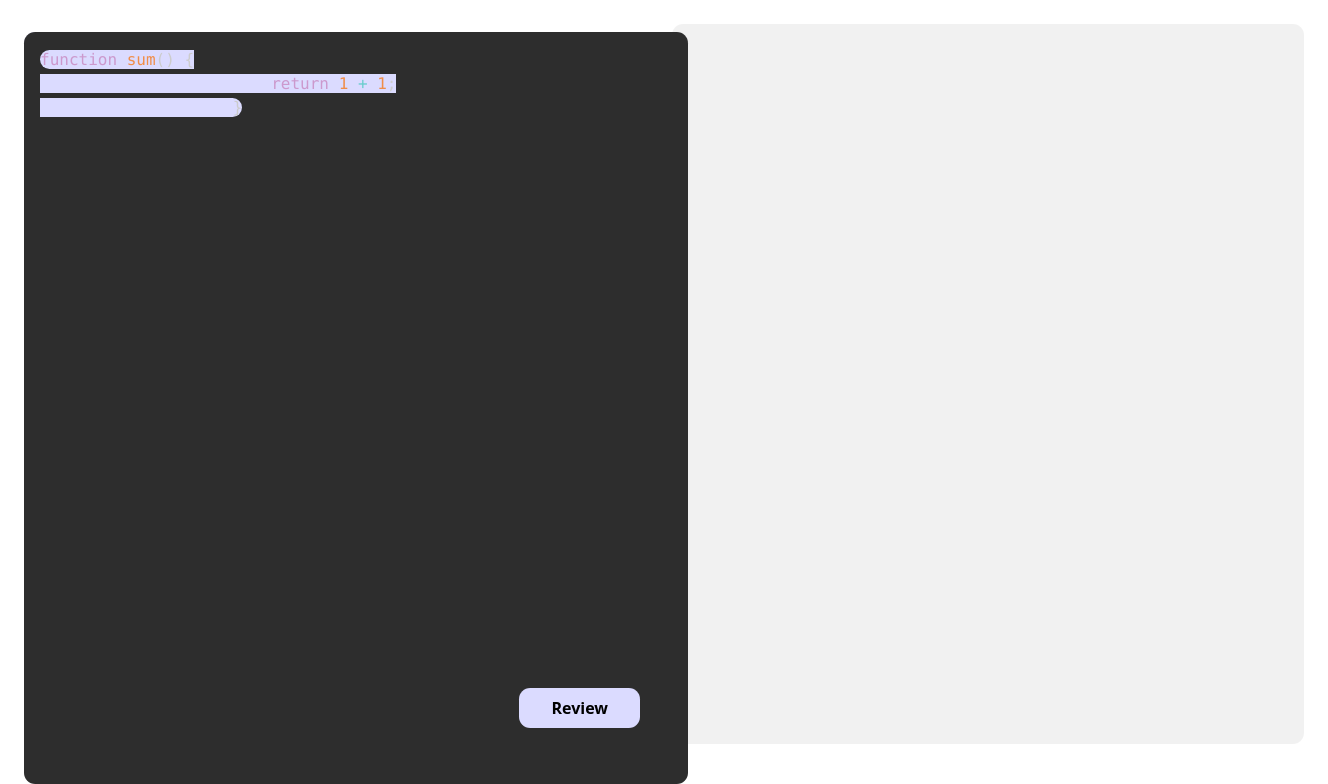
Repository: swarnabha-dutta/ai-code-reviewer
Page: / (app in frontend/)
The author's editor kept a copy of each file at every save. The page is drawn from the files as they stood at one save, then again after the next save.
The browser window is 1280 px wide. The page is 1328 px wide, so the pictures cover 1328 px, including what lies to the right of the window. The pictures show the whole page.
The project was rebuilt for these pictures with package versions that can differ from the ones it lists, and the page was loaded fresh each time. Also part of the build but not shown: frontend/vite.config.js.

Above is the page before, as saved 2025-06-07 08:56:44.

### frontend/src/App.jsx
import { useEffect ,useState} from 'react';
import './App.css'
import "prismjs/themes/prism-tomorrow.css";
import prism from "prismjs";
import './App.css'

function App() {
  const [count, setCount] = useState(0);

 useEffect(() => {
   prism.highlightAll();
 })

  return (
    <>
      <main>
        <div className="left">
          <div className="code">
            <pre>
              <code className="language-javascript">
                    {`function sum() {
                        return 1 + 1;
                    }`}
              </code>
            </pre>
          </div>
          <div className="review">Review</div>
        </div>
        <div className="right"></div>
     </main>
    </>
  )
}





export default App

### frontend/src/App.css
* {
  margin: 0%;
  padding: 0%;
  box-sizing: border-boc;
}

html,
body,
#root {
  height: 100%;
  width: 100%;
}

main {
  height: 100%;
  width: 100%;
  padding: 1.5rem;
  display: flex;
  gap: 1rem;
}

main .left,
main .right {
  height: 100%;
  flex-basis: 50%;
  border-radius: 0.7rem;
}

main .left {
  background-color: #fff;
  position: relative;
}

.left .code,
.code pre,
.code pre code {
  height: 100%;
  width: 100%;
  margin: 0;
  border-radius: 0.7rem;
  background-color: rgb(219, 219, 255);
}
main .left .review {
  position: absolute;
  bottom: 1rem;
  right: 1rem;
  background-color: rgb(219, 219, 255);
  color: #000;
  padding: 0.5rem 2rem;
  font-weight: 600;
  border-radius: 0.7rem;
  cursor: pointer;
  user-select: none;
}

main .right {
  background-color: #e8e8e89f;
}

Loaded but not shown: frontend/index.html (common file); frontend/src/main.jsx (common file); frontend/src/index.css (common file)

After the next save:
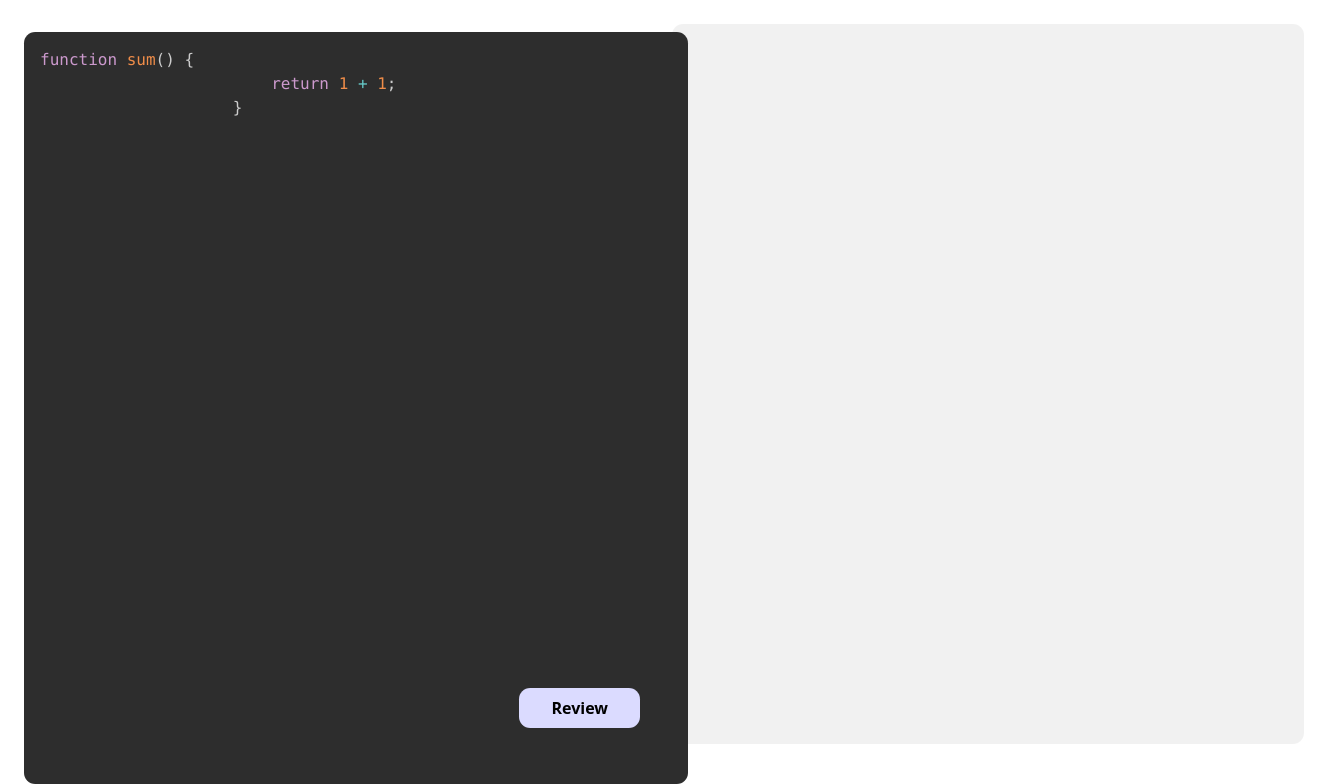
Saved 9 s later.
--- a/frontend/src/App.css
+++ b/frontend/src/App.css
@@ -38,7 +38,6 @@ main .left {
   width: 100%;
   margin: 0;
   border-radius: 0.7rem;
-  background-color: rgb(219, 219, 255);
 }
 main .left .review {
   position: absolute;
